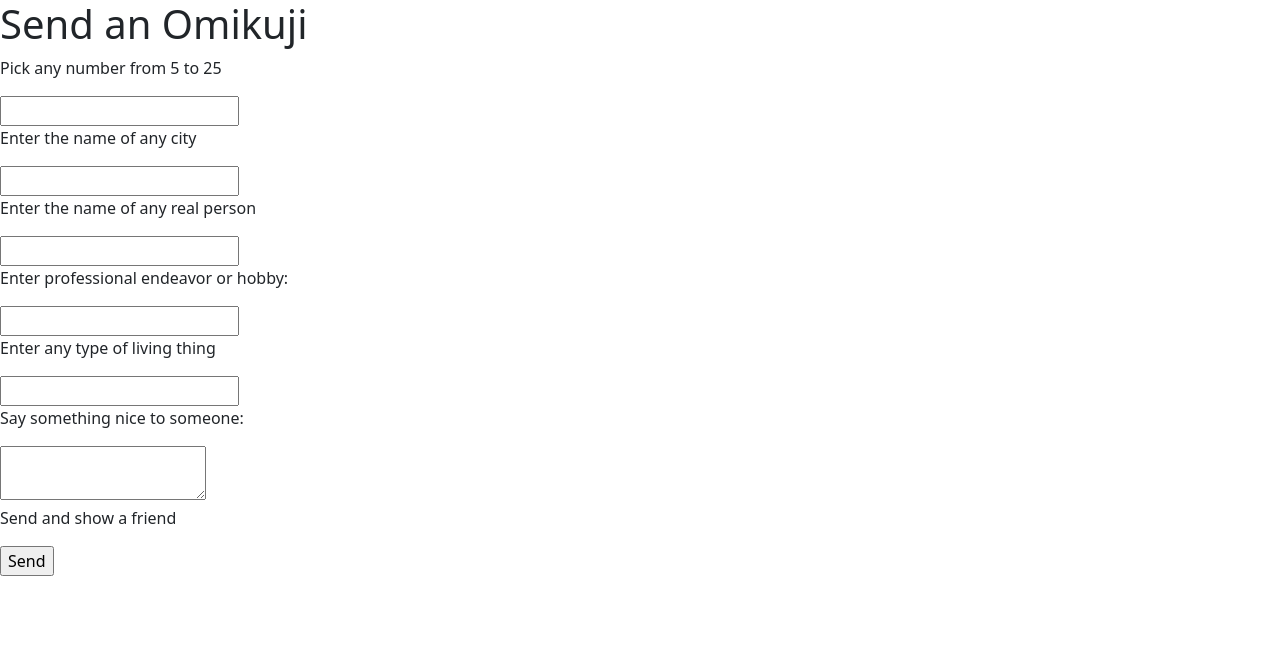
Repository: ShathaMorales/Java-Stack
Page: http://localhost/OmikujiForm/WEB-INF/index.jsp
These files come from the project's save history. The page is drawn as it stood at one moment and after the next save; the edit follows.
The browser window is 1280 px wide. The pictures show the whole page.
The page is served by Tomcat 10. Nobody is signed in. Other server files are loaded and not shown. The template is opened directly, without the code that normally fills it, so the values that code supplies are empty.

Above is the page before, as saved 2023-05-06 10:30:08.

### _java/JavaSpring/OmikujiForm/OmikujiForm/src/main/webapp/WEB-INF/index.jsp
<%@ page language="java" contentType="text/html; charset=UTF-8"
    pageEncoding="UTF-8"%>
<%@ taglib prefix = "c" uri = "http://java.sun.com/jsp/jstl/core" %>
<%@ taglib prefix="form" uri="http://www.springframework.org/tags/form"%>
<!DOCTYPE html>
<html>
<head>
<meta charset="UTF-8">
<link href="https://cdn.jsdelivr.net/npm/bootstrap@5.3.0-alpha3/dist/css/bootstrap.min.css" rel="stylesheet" integrity="sha384-KK94CHFLLe+nY2dmCWGMq91rCGa5gtU4mk92HdvYe+M/SXH301p5ILy+dN9+nJOZ" crossorigin="anonymous">
<title>Omikuji Form</title>
</head>
<body>
	<h1>Send an Omikuji</h1>
	<form action="/omikuji/handle" method="POST">
		<p><label>Pick any number from 5 to 25</label></p>
		<input type="number" name="number">

		<p><label>Enter the name of any city</label></p>
		<input type="text" name="city">

		<p><label>Enter the name of any real person</label></p>
		<input type="text" name="name">

		<p><label>Enter professional endeavor or hobby:</label></p>
		<input type="text" name="hobby">

		<p><label>Enter any type of living thing</label></p>
		<input type="text" name="thing">

		<p><label>Say something nice to someone:</label></p>
		<textarea id="textarea" name="textarea"></textarea>

		<p><label>Send and show a friend</label></p>
		<input type="submit" value="Send">
	</form>
</body>
</html>

After the next save:
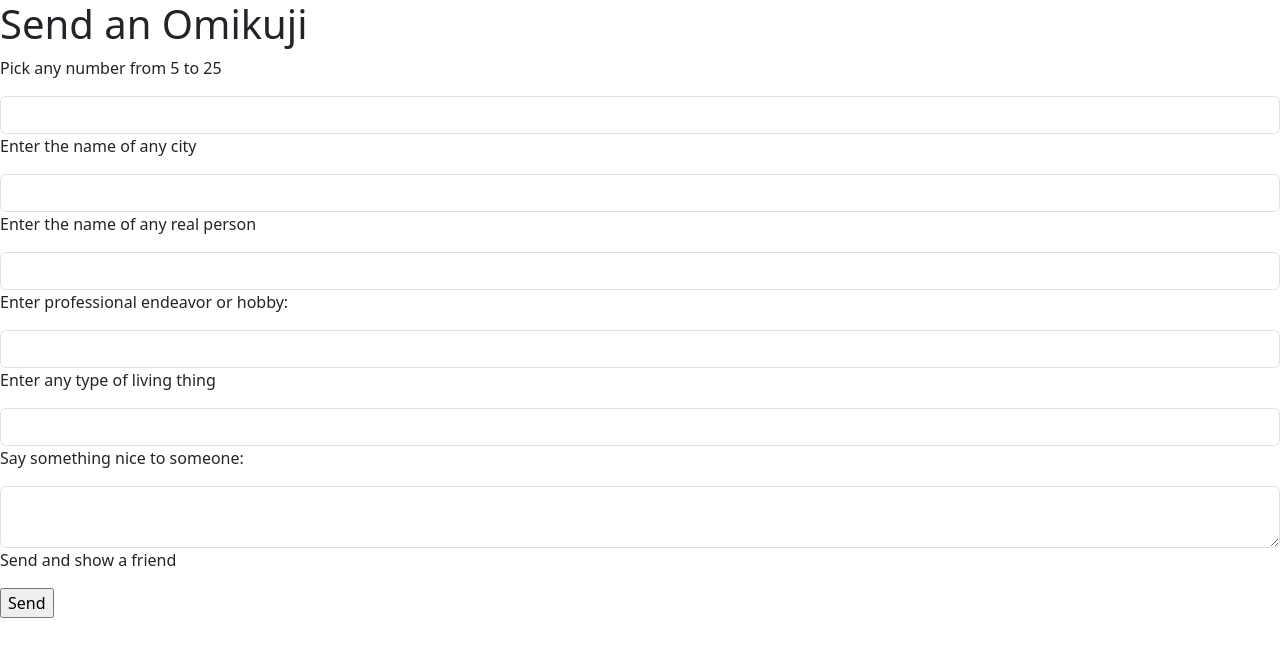
Saved 86 s later.
--- a/_java/JavaSpring/OmikujiForm/OmikujiForm/src/main/webapp/WEB-INF/index.jsp
+++ b/_java/JavaSpring/OmikujiForm/OmikujiForm/src/main/webapp/WEB-INF/index.jsp
@@ -13,22 +13,22 @@
 	<h1>Send an Omikuji</h1>
 	<form action="/omikuji/handle" method="POST">
 		<p><label>Pick any number from 5 to 25</label></p>
-		<input type="number" name="number">
+		<input class="form-control" type="number" name="number">
 
 		<p><label>Enter the name of any city</label></p>
-		<input type="text" name="city">
+		<input class="form-control" type="text" name="city">
 
 		<p><label>Enter the name of any real person</label></p>
-		<input type="text" name="name">
+		<input class="form-control" type="text" name="name">
 
 		<p><label>Enter professional endeavor or hobby:</label></p>
-		<input type="text" name="hobby">
+		<input class="form-control" type="text" name="hobby">
 
 		<p><label>Enter any type of living thing</label></p>
-		<input type="text" name="thing">
+		<input class="form-control" type="text" name="thing">
 
 		<p><label>Say something nice to someone:</label></p>
-		<textarea id="textarea" name="textarea"></textarea>
+		<textarea class="form-control" id="textarea" name="textarea"></textarea>
 
 		<p><label>Send and show a friend</label></p>
 		<input type="submit" value="Send">
